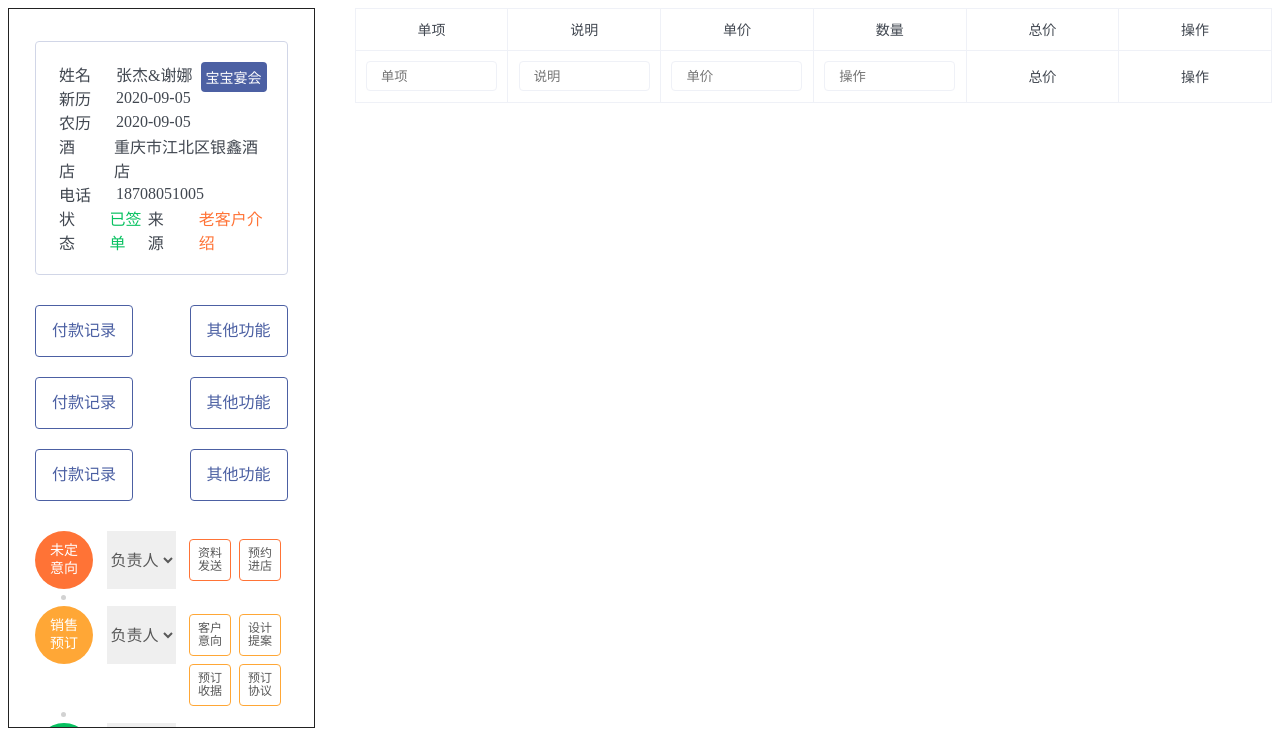
Repository: Lairuola/wedding-1
Page: index.html
An editor plug-in stored every save of this project. The page is shown before and after the next save, followed by the edit.
The browser window is 1280 px wide. The pictures show the whole page.

Above is the page before, as saved 2020-12-24 15:59:49.

After the next save:
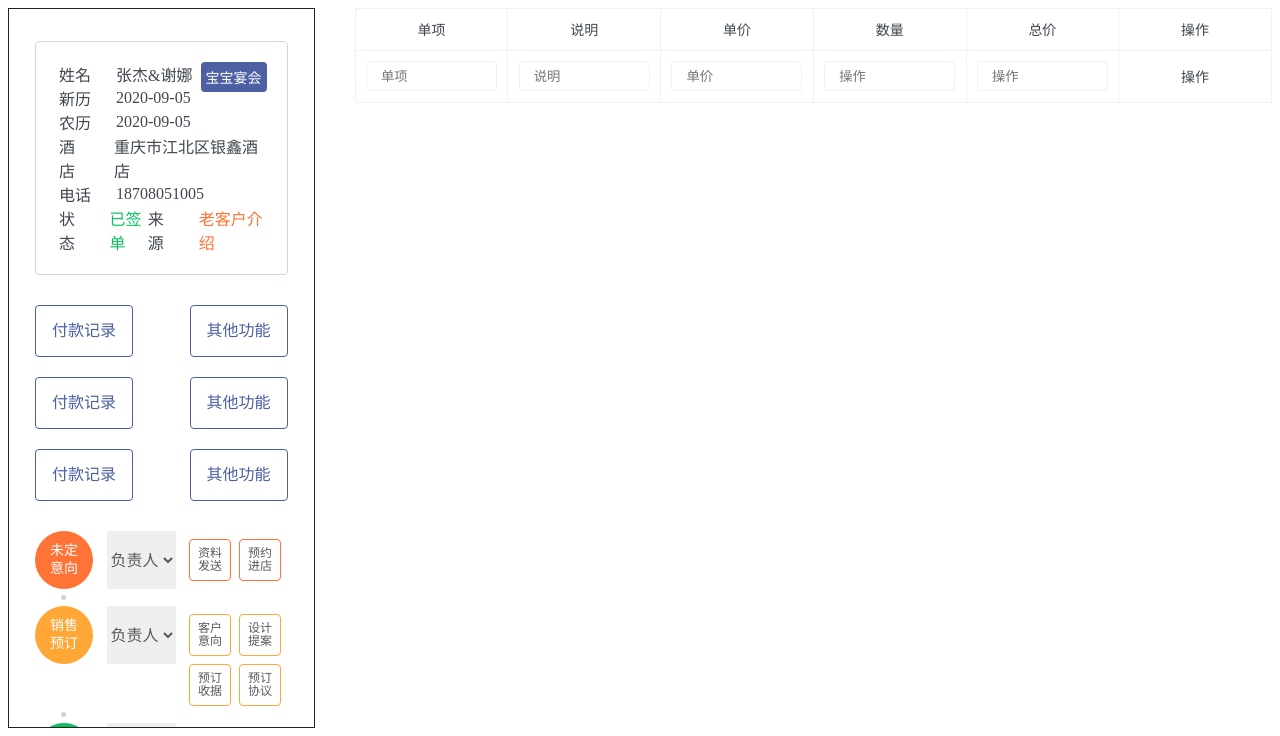
Saved 28 s later.
--- a/index.html
+++ b/index.html
@@ -2,7 +2,7 @@
  * @Author       : 濑若拉
  * @Date         : 2020-12-17 10:22:14
  * @LastEditors  : 濑若拉
- * @LastEditTime : 2020-12-24 15:59:49
+ * @LastEditTime : 2020-12-24 16:00:17
  * @FilePath     : /slidebar/index.html
 -->
 
@@ -312,9 +312,7 @@
       border-bottom: 0;
     }
 
-    .my-table .rows .item .single-input,
-    .my-table .rows .item .info-input,
-    .my-table .rows .item .price-input {
+    .my-table .rows .item .item-input {
       background-color: #fff;
       border: 1px solid #eff1f7;
       width: 100%;
@@ -505,18 +503,20 @@
     </div>
     <div class="rows">
       <div class="item">
-        <input class="single-input" type="text" placeholder="单项">
-      </div>
-      <div class="item">
-        <input class="info-input" type="text" placeholder="说明">
-      </div>
-      <div class="item">
-        <input class="price-input" type="text" placeholder="单价">
-      </div>
-      <div class="item">
-        <input class="price-input" type="text" placeholder="操作">
-      </div>
-      <div class="item">总价</div>
+        <input class="item-input" type="text" placeholder="单项">
+      </div>
+      <div class="item">
+        <input class="item-input" type="text" placeholder="说明">
+      </div>
+      <div class="item">
+        <input class="item-input" type="text" placeholder="单价">
+      </div>
+      <div class="item">
+        <input class="item-input" type="text" placeholder="操作">
+      </div>
+      <div class="item">
+        <input class="item-input" type="text" placeholder="操作">
+      </div>
       <div class="item">操作</div>
     </div>
   </div>
